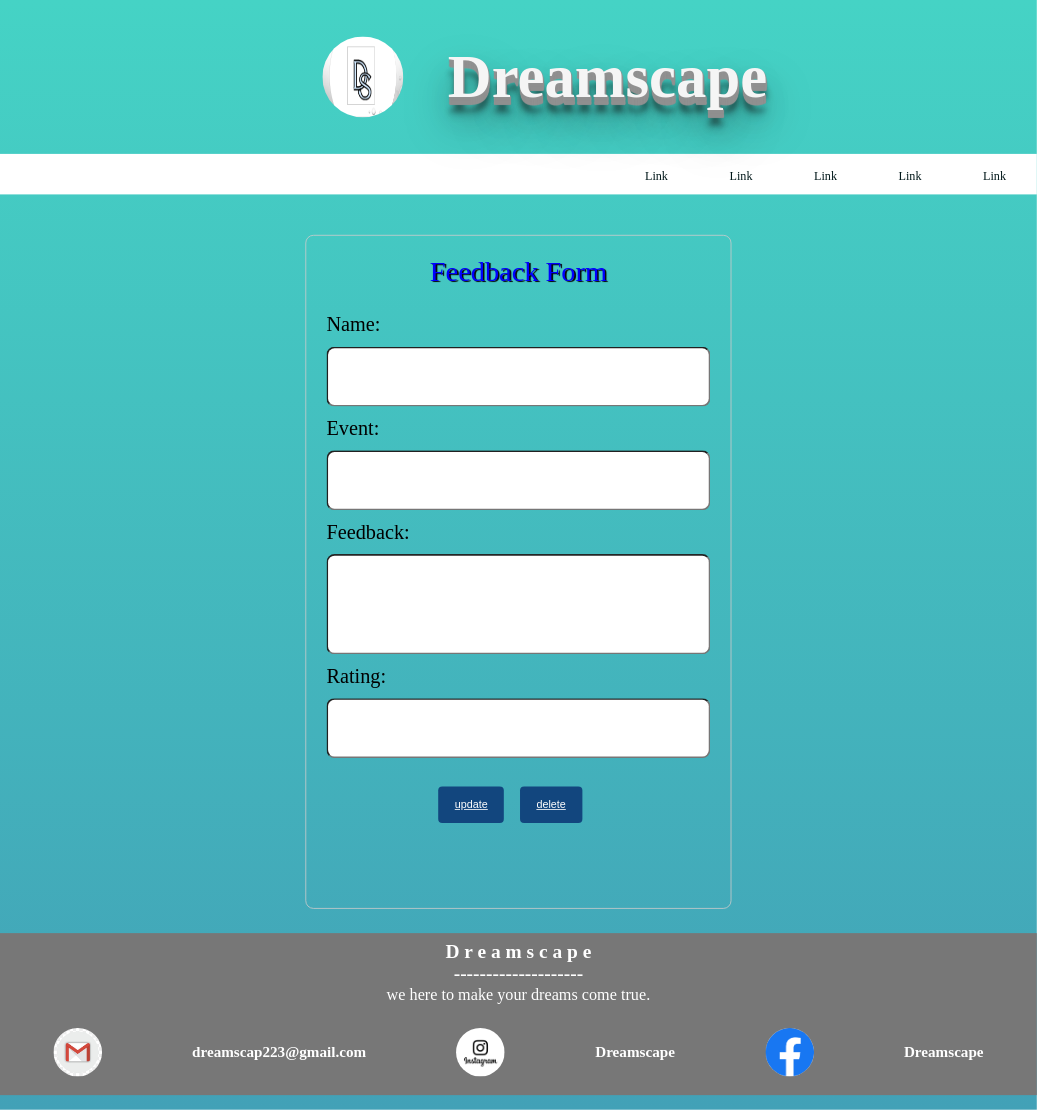
Repository: Dulankayapa/2ndyearoopprojrct
Page: http://localhost/feedback/Success.jsp
The author's editor kept a copy of each file at every save. The page is drawn from the files as they stood at one save, then again after the next save.
The browser window is 1280 px wide. The page is 1310 px wide, so the pictures cover 1310 px, including what lies to the right of the window. The pictures show the whole page, at 81% of full size.
The page is served by Tomcat 9. Nobody is signed in. The application's start-up code is not run. Other server files are loaded and not shown.

Above is the page before, as saved 2023-10-21 06:14:32.

### feedback/src/main/webapp/Success.jsp
<%@ page language="java" contentType="text/html; charset=ISO-8859-1"
	pageEncoding="ISO-8859-1"%>
<!DOCTYPE html>
<html>
<head>
<title>Feedback Form</title>
<style>
* {
	margin: 0;
	padding: 0;
}

body {
	font-family: "Times New Roman", serif;
	background-image: linear-gradient(to bottom, #45d3c5, rgb(66, 161, 183));
	background-repeat: no-repeat;
	background-size: cover;
	width: 100vw;
}

/*header*/
.header {
	padding: 10px 15px;
	width: 100%;
	font-size: 50px;
	height: 170px;
	justify-content: center;
	background-repeat: no-repeat;
	display: flex;
	align-items: center;
	color: #f5f5f5;
	text-shadow: 1px 1px 1px #919191, 1px 2px 1px #919191, 1px 3px 1px
		#919191, 1px 4px 1px #919191, 1px 5px 1px #919191, 1px 6px 1px #919191,
		1px 7px 1px #919191, 1px 8px 1px #919191, 1px 9px 1px #919191, 1px
		10px 1px #919191, 1px 18px 6px rgba(16, 16, 16, 0.4), 1px 22px 10px
		rgba(16, 16, 16, 0.2), 1px 25px 35px rgba(16, 16, 16, 0.2), 1px 30px
		60px rgba(16, 16, 16, 0.4);
	display: flex;
	display: flex;
	align-items: center;
	background-repeat: no-repeat;
}

.imge {
	padding: 5px 5px;
	border-radius: 50%;
	margin-left: 30px;
	margin-right: 50px;
}

/* navigation bar */
.topnav {
	overflow: hidden;
	background-color: white;
	height: 50px;
	list-style-type: none;
	margin: 0px;
	width: 100%;
}
/*  topnav links style */
.topnav a {
	float: right;
	display: block;
	color: #011719;
	text-align: center;
	text-decoration: none;
	padding: 14px 18px;
	margin: 5px 20px;
	font-size: 15px;
}

/* Change color on hover */
.topnav a:hover {
	background-color: #072326;
	color: white;
}

/* topic styel*/
h1 {
	font-family: Times New Roman;
	font-weight: bolder;
	font-size: 45px;
	padding-top: 50px;
	padding-left: 30px;
	margin-left: 20px;
	text-align: left;
	text-transform: capitalize;
	color: #f5f5f5;
	text-align: left;
}

.maincon {
	display: flex;
	justify-content: center;
}

.container {
	max-width: 500px;
	margin-top: 50px;
	padding: 25px;
	border: 1px solid #ccc;
	border-radius: 10px;
	font-size: 25px;
	height: 780px;
}

label, input, textarea {
	display: flex;
	margin-bottom: 10px;
	width: 450px;
	padding-top: 3px;
	border-radius: 10px;
}

input {
	height: 50px;
	padding: 10px;
}

input {
	padding: 10px;
}

label {
	padding-bottom: 3px;
}

button {
	background-color: #12467e;
	color: #ffffff;
	border: none;
	padding: 15px 20px;
	border-radius: 5px;
	cursor: default;
	text-align: center !important;
	margin-top: 25px;
}

button:hover {
	background-color: #0d2f5a;
}

button a {
	color: white;
}

/* Style the footer */
footer {
	height: 170px;
	padding: 10px;
	text-align: center;
	color: white;
	background-color: #777;
	margin-top: 30px;
	padding-top: 10px;
	padding-bottom: 20px;
}

footer img {
	border-radius: 50%;
}

footer p {
	font-size: 20px;
	margin-bottom: 30px;
}

.footcon {
	display: flex;
	align-items: center;
	justify-content: space-around;
	justify-items: center;
}

.imgbox {
	display: flex;
	flex-direction: column;
	justify-items: center;
}
</style>
</head>
<body>

	<div class="header">
		<img class="imge" src="logo1.png" width="100px" height="100px">
		<h2>Dreamscape</h2>
	</div>
	<div class="topnav">
		<a href="#">Link</a> <a href="#">Link</a> <a href="#">Link</a> <a
			href="#">Link</a> <a href="#">Link</a>
	</div>

	<div class="maincon">
		<div class="container">

			<p
				style="text-align: center; color: blue; font-size: 35px; text-shadow: 2px 1px 1px #060606">Feedback
				Form</p>

			<form action="fbservlet" method="post">

				<c:set var="name" value="${name }" />
				<c:set var="event" value="${event }" />
				<c:set var="feedback" value="${feedback }" />
				<c:set var="rating" value="${rating }" />

				<!-- update inserted data -->
				<c:url value="updatefb.jsp" var="updatefb">

					<c:param name="name" value="${name}" />
					<c:param name="event" value="${event}" />
					<c:param name="feedback" value="${feedback}" />
					<c:param name="rating" value="${rating }" />

				</c:url>

				<!-- Delete inserted data -->
				<c:url value="fbdelete.jsp" var="fbdelete">

					<c:param name="name" value="${name}" />
					<c:param name="event" value="${event}" />
					<c:param name="feedback" value="${feedback}" />
					<c:param name="rating" value="${rating }" />

        </c:url>

				<label for="name">Name:</label> <input type="text" id="name"
					name="name" value="${name }" /> <label for="event">Event:</label>
				<input type="text" id="event" name="event" value="${event }" /> <label
					for="message">Feedback:</label> <input type="text"
					style="height: 100px;" name="feedback" value="${feedback }">
				<label for="rating">Rating:</label> <input type="text" id="rating"
					name="rating" value="${rating }" />


				<div style="display: flex; justify-content: center;">

					<button style="margin-right: 20px">
						<a href="${updatefb}">update</a>
					</button>
					<button type="submit" style="margin-right: 20px">
						<a href="${fbdelete}">delete</a>
					</button>
				</div>
			</form>
		</div>
	</div>


	<div>
		<footer>
			<h2>
				D r e a m s c a p e <br />--------------------
			</h2>

			<p>we here to make your dreams come true.</p>
			<div class="footcon">
				<img class="image" src="mail.jpg" width="60px" height="60px" />
				<h3>dreamscap223@gmail.com</h3>
				<img class="image" src="inster.jpg" width="60px" height="60px" />
				<h3>Dreamscape</h3>
				<img class="image" src="fb.png" width="60px" height="60px" />
				<h3>Dreamscape</h3>
			</div>
		</footer>

	</div>
</body>
</html>

After the next save:
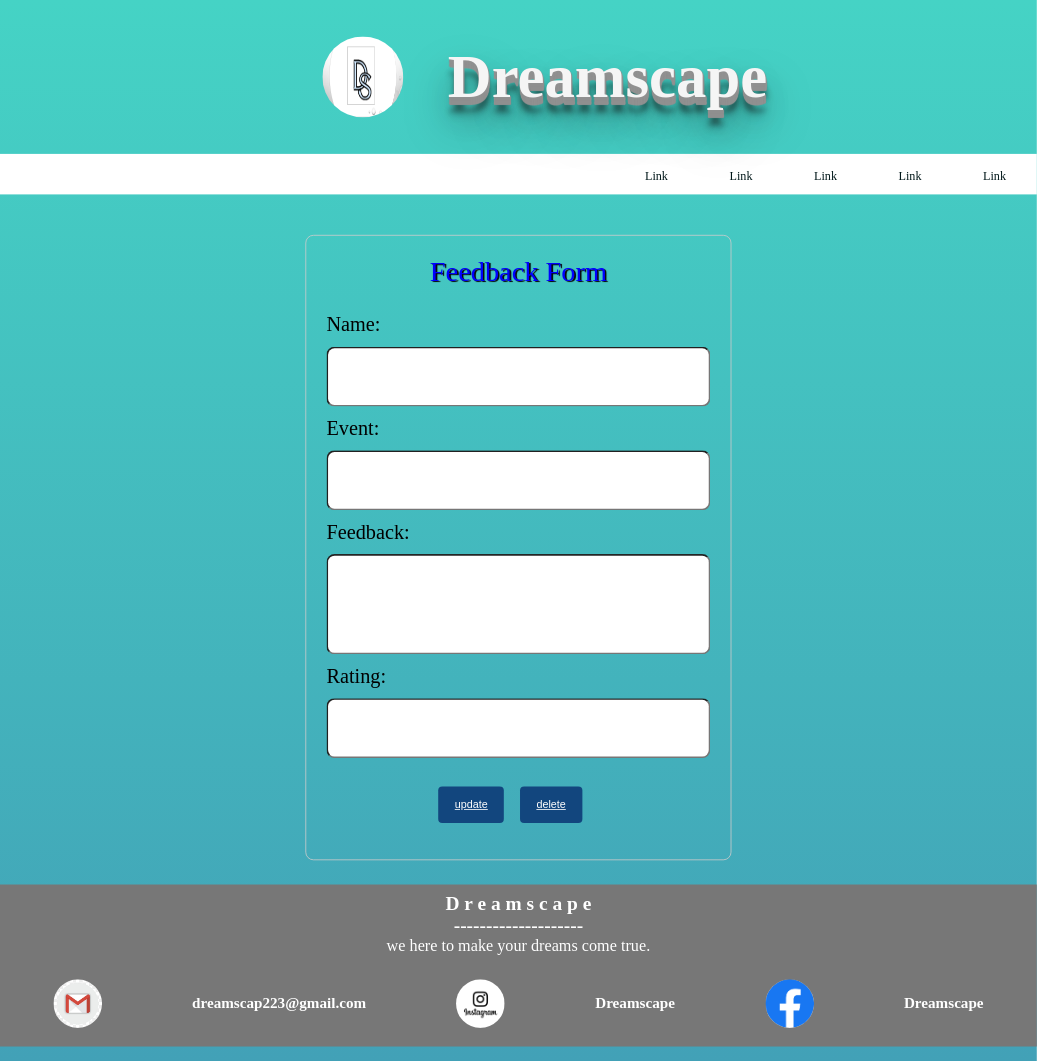
Saved 8 s later.
--- a/feedback/src/main/webapp/Success.jsp
+++ b/feedback/src/main/webapp/Success.jsp
@@ -101,7 +101,7 @@ h1 {
 	border: 1px solid #ccc;
 	border-radius: 10px;
 	font-size: 25px;
-	height: 780px;
+	height: 720px;
 }
 
 label, input, textarea {
